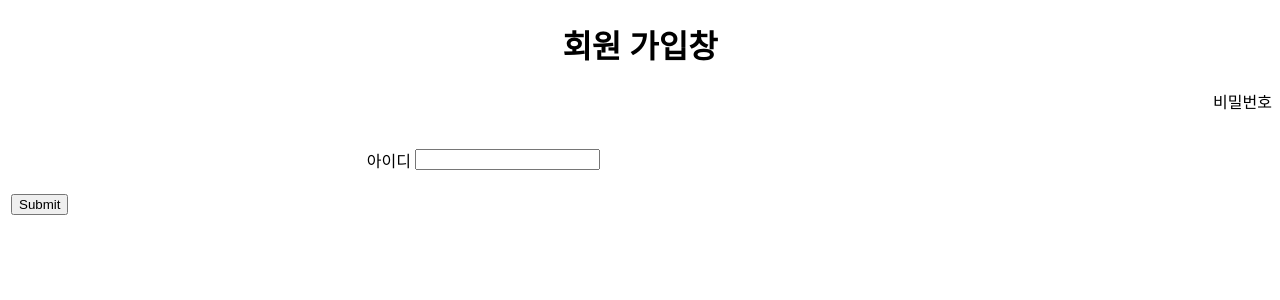
Repository: yw-son/yw-son
Page: http://localhost/pro14/test06/memberForm.jsp
These files come from the project's save history. The page is drawn as it stood at one moment and after the next save; the edit follows.
The browser window is 1280 px wide. The pictures show the whole page.
The page is served by Tomcat 9.

Above is the page before, as saved 2023-06-16 06:10:55.

After the next save:
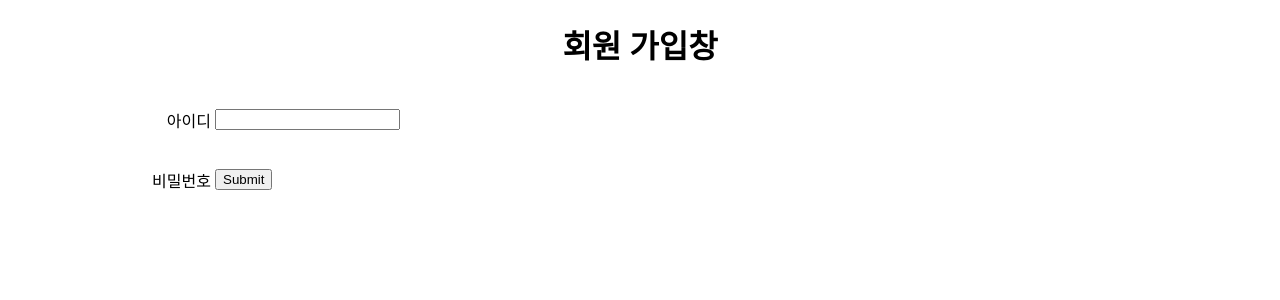
Saved 43 s later.
--- a/pro14/src/main/webapp/test06/memberForm.jsp
+++ b/pro14/src/main/webapp/test06/memberForm.jsp
@@ -17,10 +17,11 @@
 				<td width="400"><input type="text" name="id"></td>
 			</tr>
 			<tr>
+			<td width="200">
 				<p align="right">비밀번호
 			</td>
+			<td width="400"><input type="submit" name="pwd"></td>
 			</tr>
-			<td width="400"><input type="submit" name="pwd"></td>
 		</table>
 	</form>
 </body>
